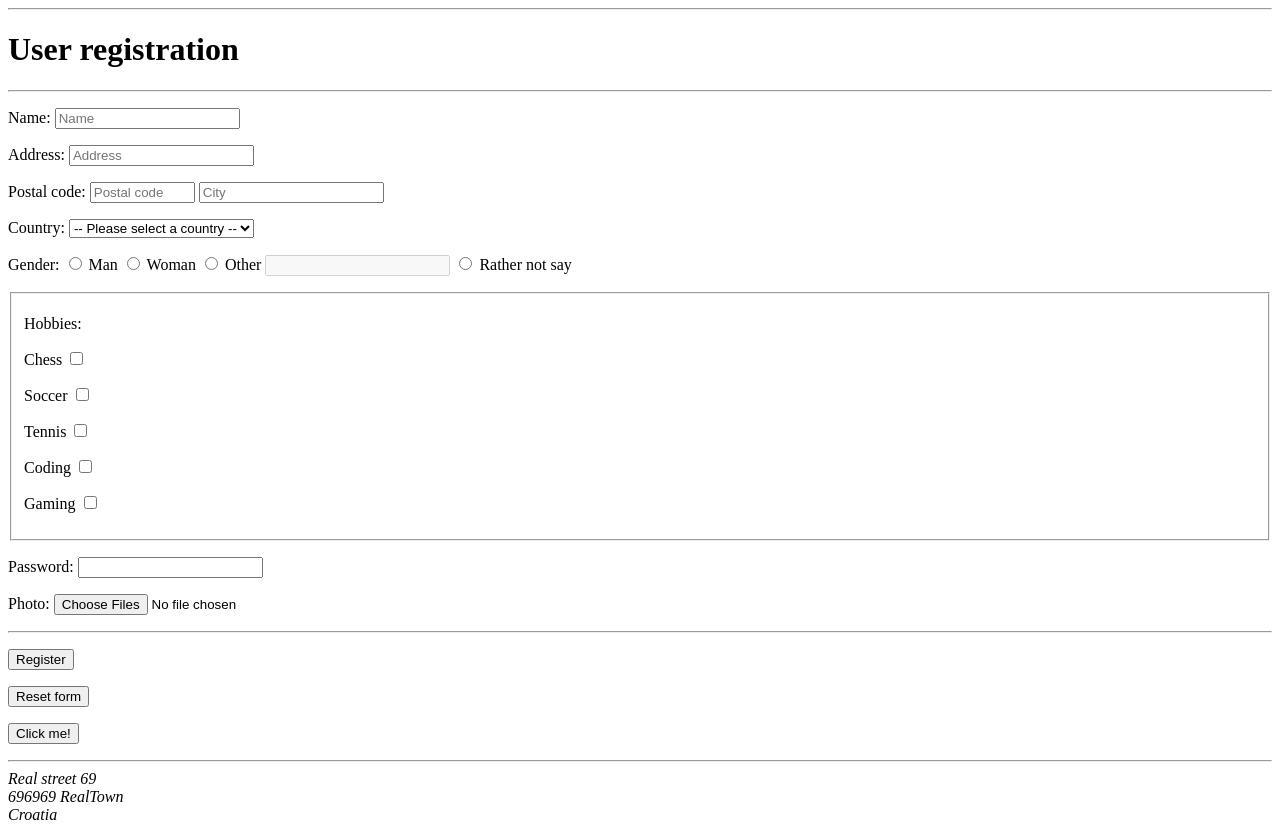
Repository: Filip-Husic/AW_frontend
Page: ex3Forms.html
The author's editor kept a copy of each file at every save. The page is drawn from the files as they stood at one save, then again after a run of saves.
The browser window is 1280 px wide. The pictures show the whole page.

Above is the page before, as saved 2022-11-23 14:11:42.

### ex3Forms.html
<!DOCTYPE html>
<html lang="en">

<head>
    <meta charset="UTF-8">
    <meta http-equiv="X-UA-Compatible" content="IE=edge">
    <meta name="viewport" content="width=device-width, initial-scale=1.0">
    <title>HTML - Forms</title>
</head>

<body>
    <hr>
    <h1>User registration</h1>
    <hr>
    <form id="formRegister" action="process.php" enctype="multipart/form-data">
        <p>
            <label for="name">Name:</label>
            <input type="text" id="name" name="name" maxlength="80" placeholder="Name" required>
        </p>
        <p>
            <label for="address">Address:</label>
            <input type="text" id="address" name="address" maxlength="80" placeholder="Address" required>
        </p>
        <p>
            <label for="pc">Postal code:</label>
            <input type="text" id="pc" name="pc" size="10" maxlength="10" placeholder="Postal code" required>
            <input type="text" id="pc_city" name="pc_city" size="20" maxlength="20" placeholder="City" required>
        </p>
        <p>
            <label for="country">Country:</label>
            <select name="country" id="country">
                <option value="">-- Please select a country --</option>
                <option value="hr">Croatia</option>
                <option value="pt">Portugal</option>
                <option value="sk">Slovakia</option>
                <option value="it">Italy</option>
            </select>
        </p>
        <p>
            Gender:
            <input type="radio" name="gender" id="man" value="M">
            <label for="man">Man</label>
            <input type="radio" name="gender" id="woman" value="F">
            <label for="woman">Woman</label>
            <input type="radio" name="gender" id="other" value="O">
            <label for="other">Other</label>
            <input type="text" name="gender" id="othergender" disabled>
            <input type="radio" name="gender" id="none" value="N">
            <label for="none">Rather not say</label>
        </p>
        <fieldset>
            <p>Hobbies:
            <p>
                <label for="chess">Chess</label>
                <input type="checkbox" name="hobbies" id="chess" value="chess">
            </p>
            <p>
                <label for="soccer">Soccer</label>
                <input type="checkbox" name="hobbies" id="soccer" value="soccer">
            </p>
            <p>
                <label for="tennis">Tennis</label>
                <input type="checkbox" name="hobbies" id="tennis" value="tennis">
            </p>
            <p>
                <label for="coding">Coding</label>
                <input type="checkbox" name="hobbies" id="coding" value="coding">
            </p>
            <p>
                <label for="gaming">Gaming</label>
                <input type="checkbox" name="hobbies" id="gaming" value="gaming">
            </p>
            </p>
        </fieldset>
        <p>
            <label for="password">Password:</label>
            <input type="password" id="password" name="password">
        </p>
        <p>
            <label for="photo">Photo:</label>
            <input type="file" name="photo" id="photo" multiple accept="image/png, image/jpeg">
        </p>
        <hr>
        <p>
            <button type="submit" id="btSubmit" name="btSubmit">Register</button>
        </p>
        <p>
            <input type="reset" id="btReset" name="btReset" value="Reset form"></input>
        </p>
        <p>
            <input type="button" id="btButton" name="btButton" value="Click me!"></input>
        </p>
        <hr>
    </form>
    <address>
        Real street 69 <br>
        696969 RealTown <br>
        Croatia <br>
    </address>
    <script>

        document.getElementById("other").onclick = function () {

            document.getElementById("othergender").disabled = false;

            document.getElementById("othergender").focus;

        }

        document.getElementById("man").onclick = function () {

            document.getElementById("othergender").disabled = true;

            document.getElementById("othergender").value = "";

        }

        document.getElementById("woman").onclick = function () {

            document.getElementById("othergender").disabled = true;

            document.getElementById("othergender").value = "";

        }

        document.getElementById("none").onclick = function () {

            document.getElementById("othergender").disabled = true;

            document.getElementById("othergender").value = "";

        }
        document.getElementById("btButton").onclick = function () {

            document.getElementById("formRegister").submit();
        }
    </script>
</body>

</html>

After the next 4 saves:
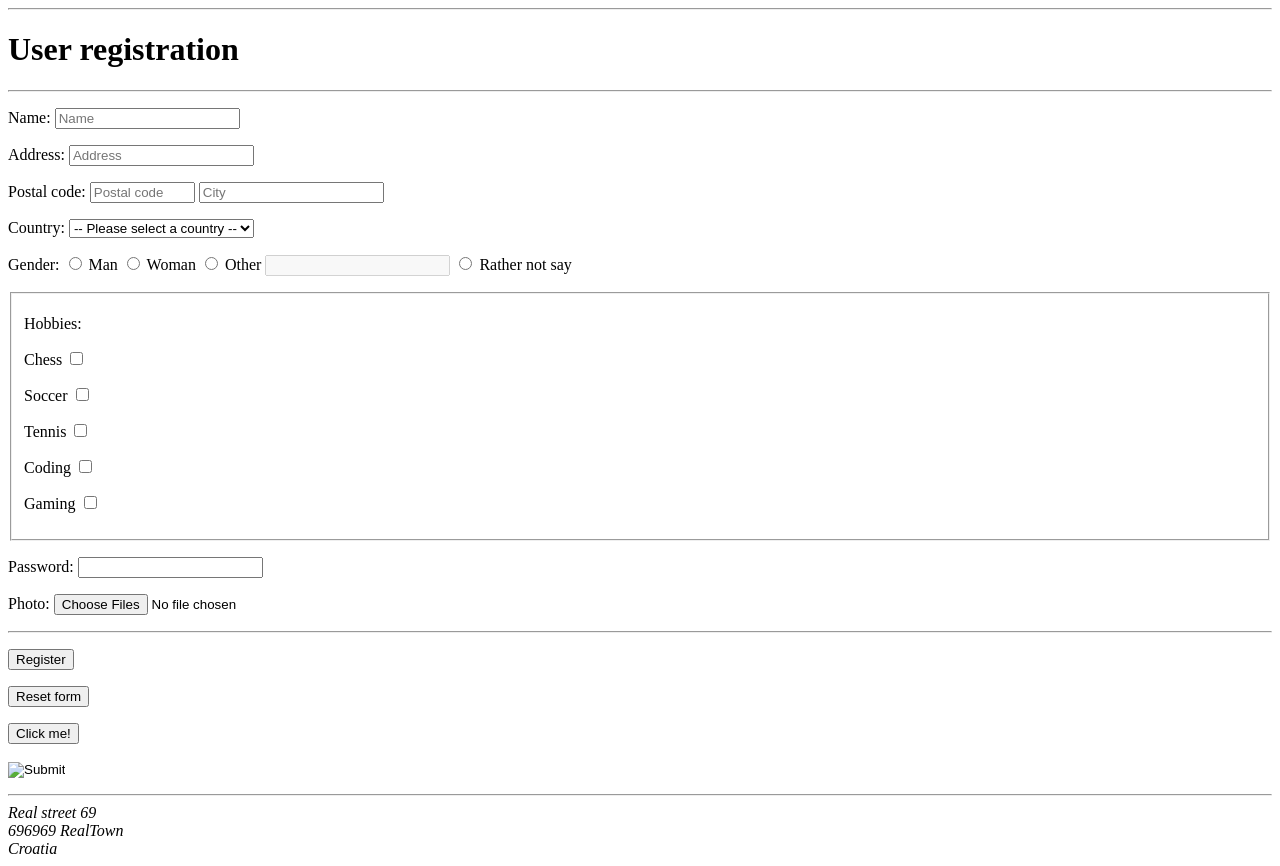
The 4 saves are shown as one change because they came seconds apart.
The last was saved 54 s later.
--- a/ex3Forms.html
+++ b/ex3Forms.html
@@ -90,6 +90,9 @@
         <p>
             <input type="button" id="btButton" name="btButton" value="Click me!"></input>
         </p>
+        <p>
+            <input type="image">
+        </p>
         <hr>
     </form>
     <address>
